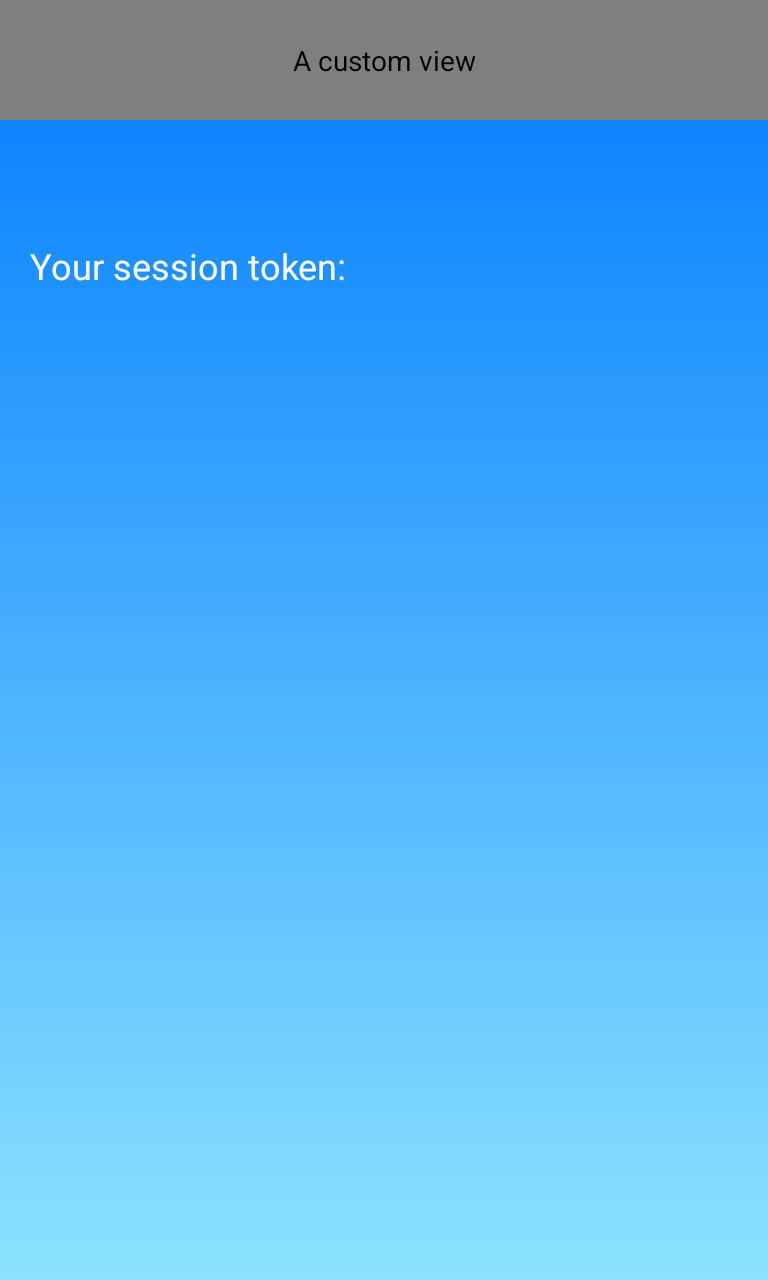
Repository: jballands/ClarityAndroid
Layout: ClarityForAndroid/res/layout/activity_session_info.xml
An editor plug-in stored every save of this project. The layout is shown before and after the next save, followed by the edit.
Pictures or frames that could not be fetched are drawn as grey boxes. It is drawn on a 768 x 1280 px phone screen (xhdpi) without system bars, with theme AppTheme; the app's code is not run.

Above is the layout before, as saved 2013-11-25 20:04:24.

### ClarityForAndroid/res/layout/activity_session_info.xml
<?xml version="1.0" encoding="utf-8"?>
<RelativeLayout xmlns:android="http://schemas.android.com/apk/res/android"
    android:layout_width="fill_parent"
    android:layout_height="fill_parent"
    android:background="@color/welcome_gradient"
    android:orientation="vertical" >

    <com.clarityforandroid.views.CurrentUserView
        android:id="@+id/currentUserView"
        android:layout_width="match_parent"
        android:layout_height="60dp"
        android:layout_alignParentTop="true"
        android:contentDescription="@string/custom_descript" />

    <RelativeLayout
        android:layout_width="wrap_content"
        android:layout_height="wrap_content"
        android:layout_below="@id/currentUserView"
        android:paddingLeft="15sp"
   		android:paddingRight="15sp" >

            <TextView
                android:id="@+id/userId"
                android:layout_width="wrap_content"
                android:layout_height="wrap_content"
                android:textSize="34sp"
                android:textColor="#FFFFFF"
                android:textStyle="italic"
                android:contentDescription="@string/textview_descript" />

                <TextView
                android:id="@+id/tokenDescript"
                android:layout_width="wrap_content"
                android:layout_height="wrap_content"
                android:textSize="18sp"
                android:textColor="#FFFFFF"
                android:layout_marginTop="15sp"
                android:text="@string/your_token"
                android:layout_below="@id/userId"
                android:contentDescription="@string/textview_descript" />

            <TextView
                android:id="@+id/sessionToken"
                android:layout_width="wrap_content"
                android:layout_height="wrap_content"
                android:textSize="18sp"
                android:textColor="#FFFFFF"
                android:layout_below="@id/tokenDescript"
                android:layout_marginTop="2sp"
                android:layout_centerHorizontal="true"
                android:layout_centerVertical="true"
                android:contentDescription="@string/textview_descript" />
        </RelativeLayout>

</RelativeLayout>

### ClarityForAndroid/res/color/welcome_gradient.xml
<?xml version="1.0" encoding="utf-8"?>
<selector xmlns:android="http://schemas.android.com/apk/res/android">
<item>
    <shape>
        <gradient
            android:angle="90"
            android:startColor="#8CE2FF"
            android:endColor="#007BFF"
            android:type="linear" />
    </shape>
</item>
</selector>

### ClarityForAndroid/res/values/strings.xml
<?xml version="1.0" encoding="utf-8"?>
<resources>

    <string name="app_name">Clarity</string>
    <string name="menu_settings">Settings</string>

    <string name="image_descript">An image</string>
    <string name="custom_descript">A custom view</string>
    <string name="textview_descript">A text view</string>
    <string name="logout_message">Sign out of Clarity</string>
    <string name="search_patient_message">Query Clarity Datastore</string>
    <string name="add_patient_message">Create a patient</string>
    <string name="welcome_message">You must sign in to use Clarity.</string>
    <string name="username_hint">Username</string>
    <string name="password_hint">Password</string>
    <string name="firstname_hint">First name</string>
    <string name="middlename_hint">Middle name</string>
    <string name="lastname_hint">Last name</string>
    <string name="login_message">Sign in</string>
    <string name="dismiss_message">OK</string>
    <string name="trace_message">Trace</string>
    <string name="pref_message">Session information</string>
    <string name="error_title">Unexpected Error</string>
    <string name="your_token">Your session token:</string>
    <string name="male">Male</string>
    <string name="female">Female</string>
    <string name="dobMsg">Patient Date of Birth:</string>
    <string name="next_message">Next</string>
    <string name="location_hint">Location</string>
    <string name="genderMsg">Patient Sex:</string>

    <string name="generic_error">"Unfortunately, an error has occurred. Wait a few moments and then try again."</string>
    <string name="no_internet">Your Android device must be connected to the Internet in order to use Clarity. Please
        check that you are connected to a cellular network or Wifi before continuing. Go to your system settings to
        enable Internet access.</string>
    <string name="sign_in_error">The username/password combination you entered was not recognized by the Clarity
        server. Review your credentials and try again.</string>
    <string name="sign_out_reassurance">Are you sure you would like to sign out of Clarity?</string>
    <string name="leave_CAP_reassurance">Are you sure you would like to leave Create a Patient?</string>
    <string name="sign_out_wait">Signing you out of Clarity. Please wait.</string>
    <string name="sign_in_wait">Signing you into Clarity. Please wait.</string>
    <string name="invalid_session">The session token is no longer valid.</string>
    <string name="cap_demo_message">Enter patient information, then press next.</string>

</resources>

Loaded but not shown: ClarityForAndroid/res/values/styles.xml (common file)

After the next save:
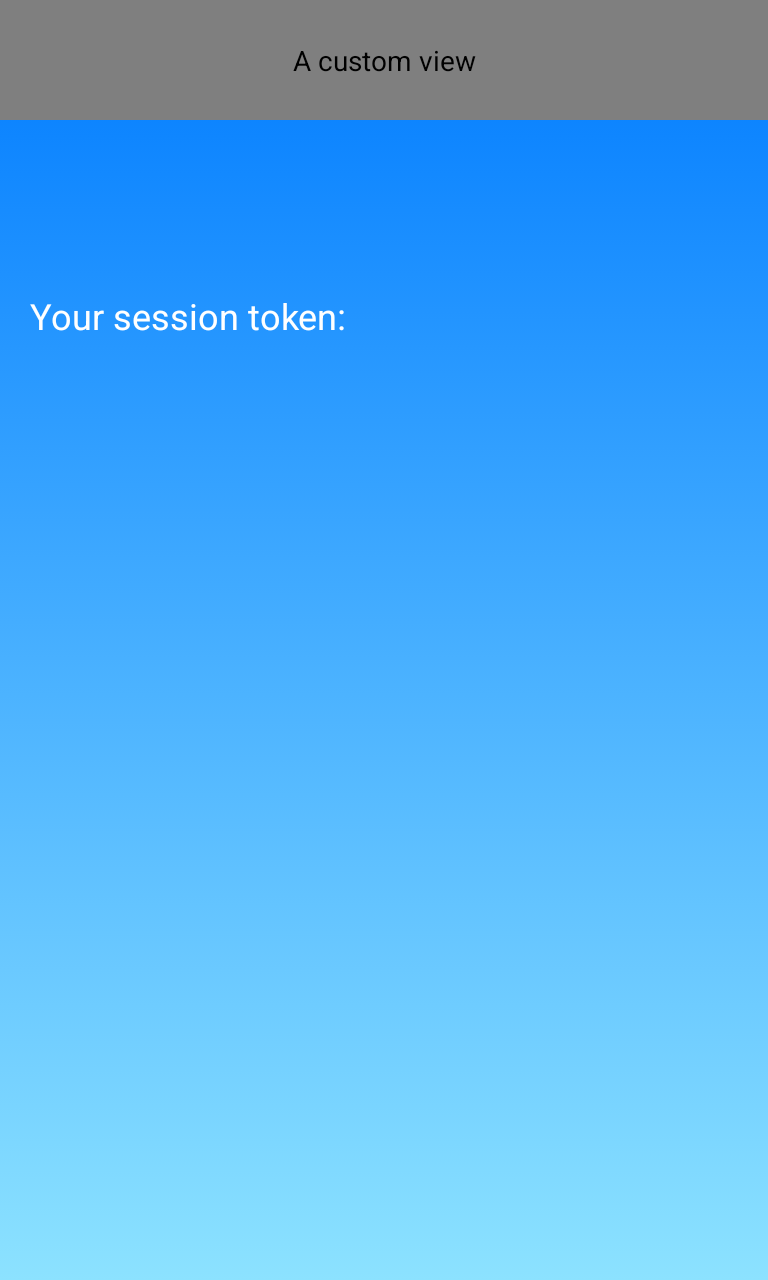
Saved 25 s later.
--- a/ClarityForAndroid/res/layout/activity_session_info.xml
+++ b/ClarityForAndroid/res/layout/activity_session_info.xml
@@ -17,7 +17,8 @@
         android:layout_height="wrap_content"
         android:layout_below="@id/currentUserView"
         android:paddingLeft="15sp"
-   		android:paddingRight="15sp" >
+   		android:paddingRight="15sp"
+   		android:paddingTop="25sp" >
 
             <TextView
                 android:id="@+id/userId"
